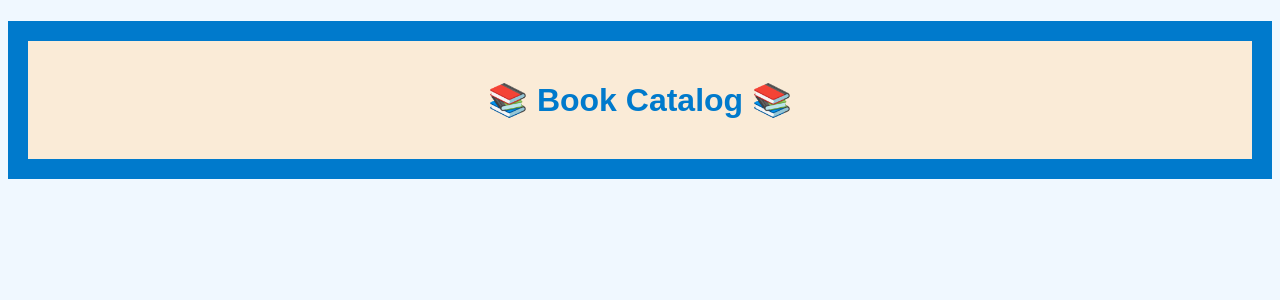
Repository: kaitlynlew/Book-Catalog
Page: /
The author's editor kept a copy of each file at every save. The page is drawn from the files as they stood at one save, then again after the next save.
The browser window is 1280 px wide. The pictures show the whole page.
The project was rebuilt for these pictures with package versions that can differ from the ones it lists, and the page was loaded fresh each time. Also part of the build but not shown: vite.config.js.

Above is the page before, as saved 2025-09-14 00:09:31.

### index.html
<!doctype html>
<html lang="en">

<head>
  <meta charset="UTF-8" />
  <meta name="viewport" content="width=device-width, initial-scale=1.0" />
  <title>📚 Book Catalog</title>
</head>

<body>
  <div id="root"></div>
  <script type="module" src="/src/main.jsx"></script>
</body>

</html>

### src/App.jsx

function App() {
  return <h1>📚 Book Catalog 📚</h1>;
}

export default App;

### src/App.css
/* index.css */
body {
  background-color: #f0f8ff;
  font-family: sans-serif;
}

h1 {
  color: #007acc;
  text-align: center;
  background-color: antiquewhite;
  padding: 40px;
  border: 20px solid #007acc;
}

Loaded but not shown: src/main.jsx (common file)

After the next save:
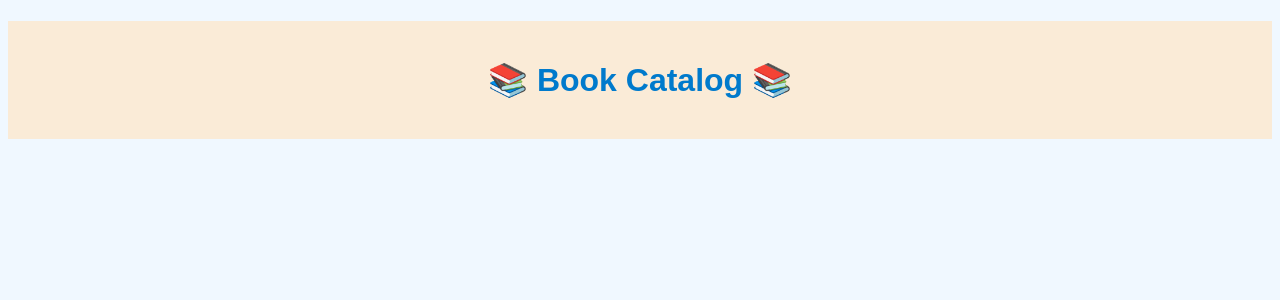
Saved 26 s later.
--- a/src/App.css
+++ b/src/App.css
@@ -9,5 +9,4 @@ h1 {
   text-align: center;
   background-color: antiquewhite;
   padding: 40px;
-  border: 20px solid #007acc;
 }
